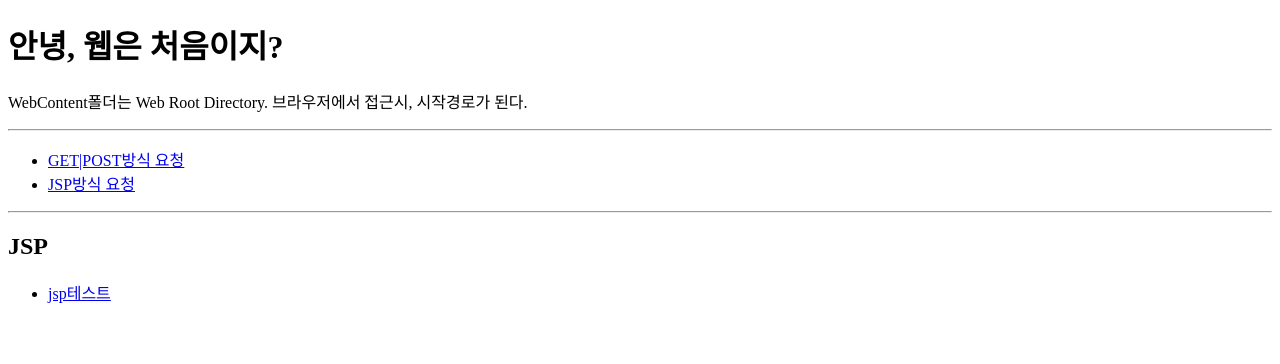
Repository: uriquely/web_server_assignment
Page: 210206_server_assignment/01_HelloWeb/WebContent/index.html
The author's editor kept a copy of each file at every save. The page is drawn from the files as they stood at one save, then again after the next save.
The browser window is 1280 px wide. The pictures show the whole page.

Above is the page before, as saved 2021-02-03 03:12:01.

After the next save:
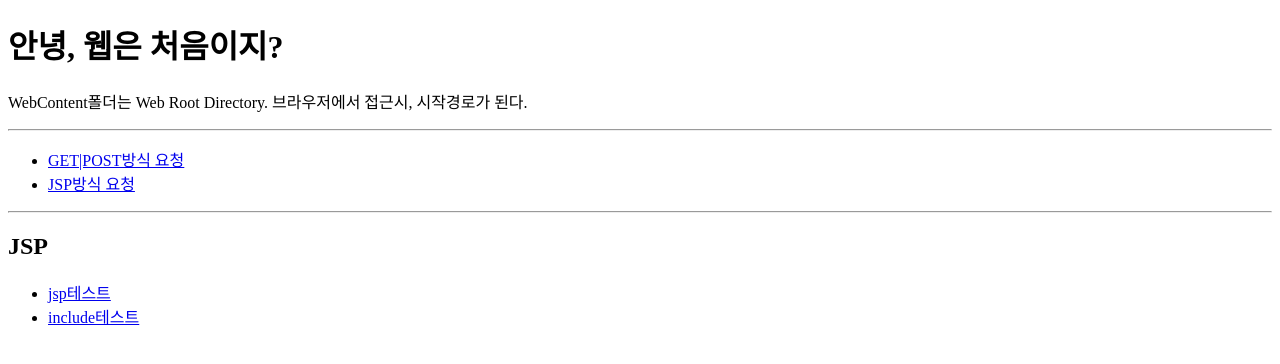
Saved 44 s later.
--- a/210206_server_assignment/01_HelloWeb/WebContent/index.html
+++ b/210206_server_assignment/01_HelloWeb/WebContent/index.html
@@ -31,6 +31,7 @@
 		<!-- ul+>a -->
 		<ul>
 			<li><a href="/web/jsp/01_sum.jsp">jsp테스트</a></li>
+			<li><a href="/web/jsp/02_fortune.jsp">include테스트</a></li>
 		</ul>
 	</body>
 </html>
